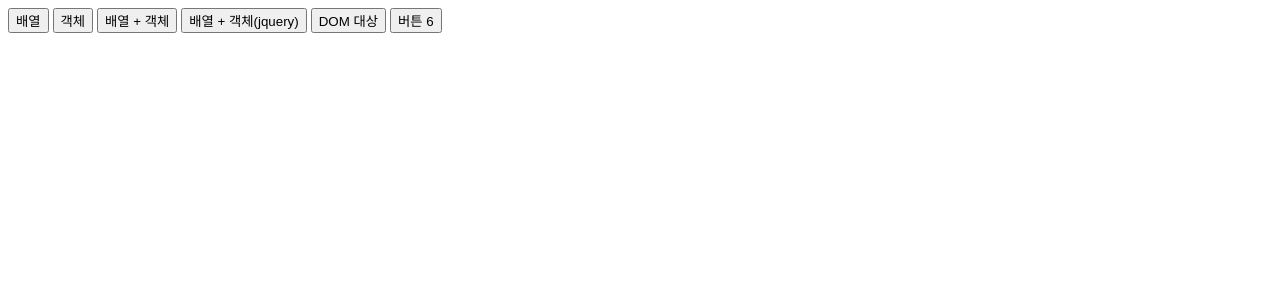
Repository: jojojojoya/programming
Page: dbworkspace/17_JQuery_/src/main/webapp/j7_repeat.html
An editor plug-in stored every save of this project. The page is shown before and after the next save, followed by the edit.
The browser window is 1280 px wide. The pictures show the whole page.
After loading, the first visible `#b6` was clicked once.

Above is the page before, as saved 2025-01-07 02:08:12.

After the next save:
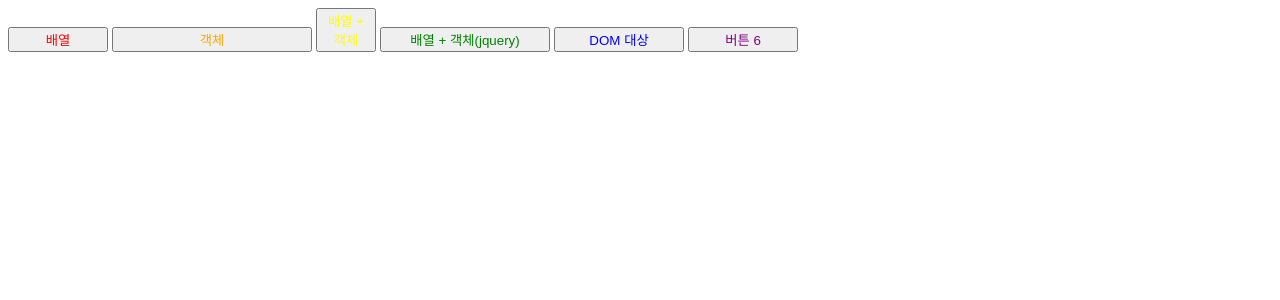
Saved 19 s later.
--- a/dbworkspace/17_JQuery_/src/main/webapp/j7_repeat.html
+++ b/dbworkspace/17_JQuery_/src/main/webapp/j7_repeat.html
@@ -66,7 +66,7 @@ $(function() {
 			{w : 110 , c : 'purple'},
 			];
 			$('button').each(function(i,b){
-				$(b).css('width', ar[i].c);
+				$(b).css('width', ar[i].w).css('color',ar[i].c);
 
 			})
 
